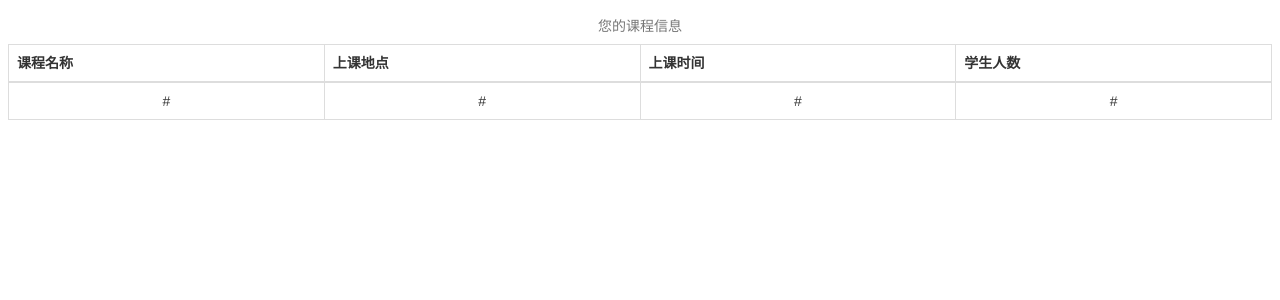
Repository: xu459898103/DBExperiment2017
Page: http://localhost/EA_System/iframe/teacher/jskcxx.jsp
These files come from the project's save history. The page is drawn as it stood at one moment and after the next save; the edit follows.
The browser window is 1280 px wide. The pictures show the whole page.
The page is served by Tomcat 9.

Above is the page before, as saved 2017-12-16 11:40:05.

After the next save:
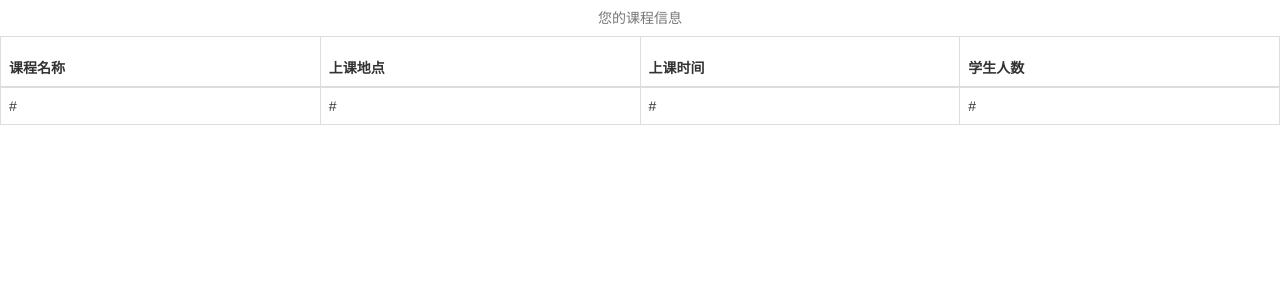
Saved 5 min 59 s later.
--- a/EA System/WebContent/iframe/teacher/jskcxx.jsp
+++ b/EA System/WebContent/iframe/teacher/jskcxx.jsp
@@ -10,42 +10,44 @@
 <script src="libs/bootstrap-3.3.7-dist/js/jquery-3.2.1.js"></script>
 <script src="libs/bootstrap-3.3.7-dist/js/bootstrap.js"></script>
 <style type="text/css">
-#biaoge {
-	margin:6px;
-	padding:2px;
-	text-align:center;
+table {
+	width: 100%;
+}
+
+th {
+	height: 50px;
 }
 </style>
 </head>
 <body>
-	<div id="biaoge">
-		<table class="table table-bordered">
-			<caption style="text-align: center">您的课程信息</caption>
-			<thead>
-				<tr>
-					<th>课程名称</th>
-					<th>上课地点</th>
-					<th>上课时间</th>
-					<th>学生人数</th>
 
-				</tr>
-			</thead>
-			<tbody>
+	<table class="table table-bordered">
+		<caption style="text-align: center">您的课程信息</caption>
+		<thead>
+			<tr>
+				<th>课程名称</th>
+				<th>上课地点</th>
+				<th>上课时间</th>
+				<th>学生人数</th>
+
+			</tr>
+		</thead>
+		<tbody>
+			<%
+
+			%>
+			<tr>
+				<td>#</td>
+				<td>#</td>
+				<td>#</td>
+				<td>#</td>
+			<tr>
 				<%
 
 				%>
-				<tr>
-					<td>#</td>
-					<td>#</td>
-					<td>#</td>
-					<td>#</td>
-				<tr>
-					<%
 
-					%>
+		</tbody>
+	</table>
 
-			</tbody>
-		</table>
-	</div>
 </body>
 </html>

After the 2 saves that followed:
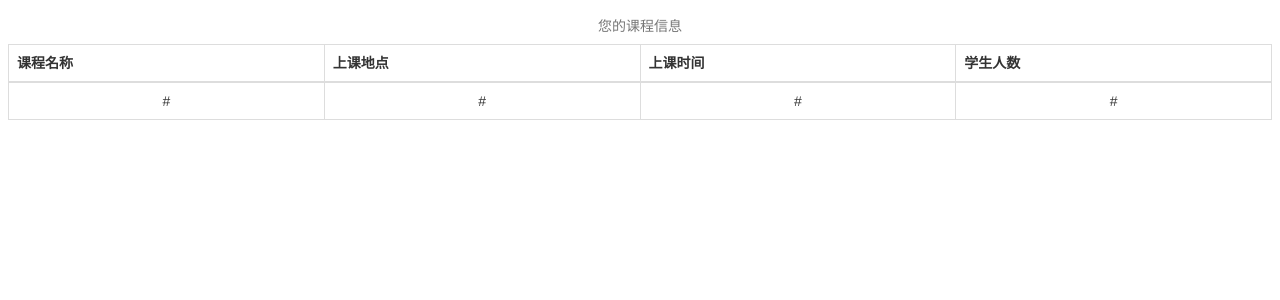
The 2 saves are shown as one change because 1 left the picture as it was.
The last was saved 58 s later.
--- a/EA System/WebContent/iframe/teacher/jskcxx.jsp
+++ b/EA System/WebContent/iframe/teacher/jskcxx.jsp
@@ -10,44 +10,42 @@
 <script src="libs/bootstrap-3.3.7-dist/js/jquery-3.2.1.js"></script>
 <script src="libs/bootstrap-3.3.7-dist/js/bootstrap.js"></script>
 <style type="text/css">
-table {
-	width: 100%;
-}
-
-th {
-	height: 50px;
+#biaoge {
+	margin:6px;
+	padding:2px;
+	text-align:center;
 }
 </style>
 </head>
 <body>
+	<div id="biaoge">
+		<table class="table table-bordered">
+			<caption style="text-align: center">您的课程信息</caption>
+			<thead>
+				<tr>
+					<th>课程名称</th>
+					<th>上课地点</th>
+					<th>上课时间</th>
+					<th>学生人数</th>
 
-	<table class="table table-bordered">
-		<caption style="text-align: center">您的课程信息</caption>
-		<thead>
-			<tr>
-				<th>课程名称</th>
-				<th>上课地点</th>
-				<th>上课时间</th>
-				<th>学生人数</th>
-
-			</tr>
-		</thead>
-		<tbody>
-			<%
-
-			%>
-			<tr>
-				<td>#</td>
-				<td>#</td>
-				<td>#</td>
-				<td>#</td>
-			<tr>
+				</tr>
+			</thead>
+			<tbody>
 				<%
 
 				%>
+				<tr>
+					<td>#</td>
+					<td>#</td>
+					<td>#</td>
+					<td>#</td>
+				<tr>
+					<%
 
-		</tbody>
-	</table>
+					%>
 
+			</tbody>
+		</table>
+	</div>
 </body>
 </html>
